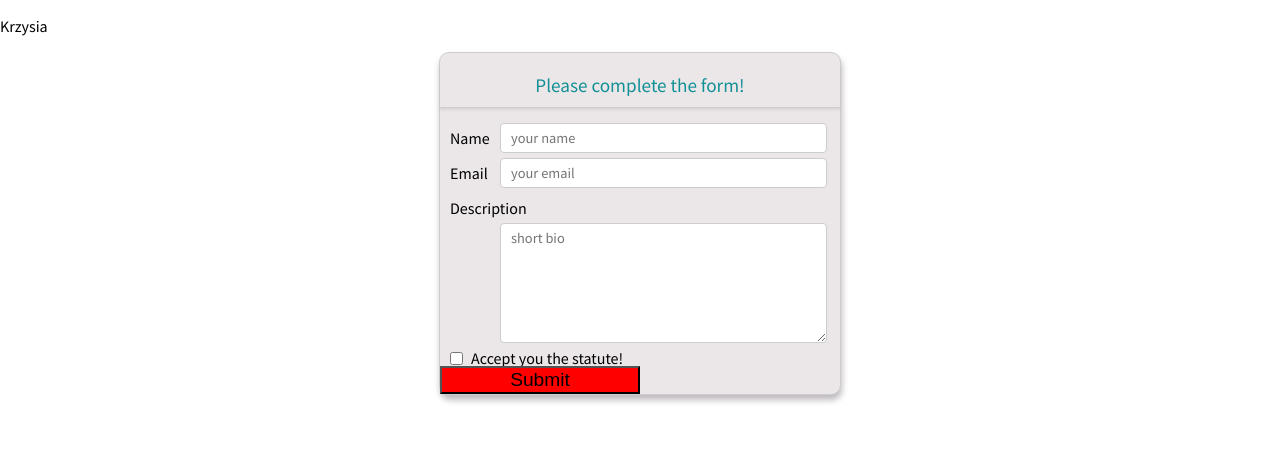
Repository: KrzysKolo/sr_tydzien4_zad2
Page: /
The author's editor kept a copy of each file at every save. The page is drawn from the files as they stood at one save, then again after the next save.
The browser window is 1280 px wide. The pictures show the whole page.
The project was rebuilt for these pictures with package versions that can differ from the ones it lists, and the page was loaded fresh each time. Also part of the build but not shown: src/components/formComponents/ErrorMessage.js, src/components/formComponents/Message.js.

Above is the page before, as saved 2020-11-27 21:41:57.

### src/index.css
@import url("https://fonts.googleapis.com/css?family=Source+Sans+Pro");
body {
  margin: 0;
  font-family: "Source Sans Pro", sans-serif;
}

code {
  font-family: source-code-pro, Menlo, Monaco, Consolas, "Courier New",
    monospace;
}

### src/App.js
import React from 'react'
import Form from './components/Form';

function App() {
  return (
    <div>
      <p>Krzysia</p>
      <Form />
    </div>
  )
}

export default App

### src/components/Form.js
import React, { Component } from 'react';
import Input from './formComponents/Input';
import TextArea from './formComponents/TextArea';
import Checkbox from './formComponents/Checkbox';
import Button from './formComponents/Button';
import Header from './formComponents/Header';
import Message from './formComponents/Message';
import styled from 'styled-components';

const ContainerForm = styled.form`
width: 80%;
max-width: 400px;
background: rgb(235, 231, 232);
border: 1px solid rgb(206, 204, 204);
border-radius: 10px;
box-shadow: 1px 5px 6px rgb(189, 185, 189);
margin: 0 auto;
`;

class Form extends Component {

state = {
    Name: '',
    Email: '',
    Description: '',
    accept: false,
    message: '',
    errors: {
        Name: false,
        Email: false,
        Description: false,
        accept: false,
        }
}
message = {
    Name_incorrect: "Nazwa musi być dłuższa niż 5 znaków i nie może zawierać spacji",
    Email_incorrect: "Brak @ lub adres zawiera spacje",
    Description_incorrect: "Opis musi zawierać co najmniej 3 znaki",
    accept_incorrect: "Nie potwierdziłeś regulaminu",
}

handleChange = e =>{
    const inputName = e.target.name;
    const type = e.target.type
    if(type === "text" || type === "email" ) {
        const value = e.target.value;
        this.setState({
            [inputName] : value,
        })
    } else if (type === "checkbox") {
      const checked = e.target.checked;
      console.log(checked);
      this.setState({
        [inputName]: checked,
      })
    }
}
onSubmit = e => {
    e.preventDefault();
    const validation = this.formValidation();
    if(validation.correct) {
      this.setState({
        Name: "",
        Email: "",
        Description: '',
        accept: false,
        message: "The form has been submitted!",
        errors: {
          Name: false,
          Email: false,
          Description: false,
          accept: false,
        }
      })
    } else {
      this.setState({
        errors: {
          Name: !validation.Name,
          Email: !validation.Email,
          Description: !validation.Description,
          accept: !validation.accept,
        }
      })
    }
}

formValidation = () => {
    let Name = false;
    let Email = false;
    let Description = false;
    let accept = false;
    let correct = false;
    if(this.state.Name.length > 5) {
      Name = true;
    }
    if(this.state.Email.indexOf('@') !== -1 && this.state.Email.lastIndexOf(' ') === -1) {
      Email = true;
    }
    if(this.state.Description.length >= 3) {
      Description = true;
    }
    if(this.state.accept) {
      accept = true;
    }
    if (Name && Email && Description && accept){
        correct = true;
      }
   return ({
      Name,
      Email,
      Description,
      accept,
      correct,

    })

  }

    render () {

    return (
        <ContainerForm onSubmit={this.onSubmit} noValidate>
          <Header />
          <Input type="text" placeholder="your name" value={this.state.Name} name="Name" onChange={this.handleChange} errorInfo={this.state.errors.Name} message={this.message.Name_incorrect} />
          <Input type="email" placeholder="your email" value={this.state.Email} name="Email" onChange={this.handleChange} errorInfo={this.state.errors.Email} message={this.message.Email_incorrect} />
          <TextArea  type="text" rows="6" placeholder="short bio" value={this.state.Description} name="Description" onChange={this.handleChange} errorInfo={this.state.errors.Description} message={this.message.Description_incorrect} />
          <Checkbox  type="checkbox" name="accept" checked={this.state.accept}  onChange={this.handleChange} errorInfo={this.state.errors.accept} message={this.message.accept_incorrect} />
          <Button type="submit" />
          {this.state.message && <Message message={this.state.message} /> }
        </ContainerForm>
    )
    }
}

export default Form

### src/components/formComponents/Input.js
import React from 'react'
import styled from 'styled-components';
import ErrorMessage from './ErrorMessage';
const InputDiv = styled.div`
    display: flex;
    flex-direction: row;
    align-content: center;
    margin: 0 auto;
    padding-top: 5px;

`;
const InputLabel = styled.label`
    width: 10%;
    font-size: 1rem;
    padding: 5px 10px;
`;
const inputStyles = errorInfo => `
    width: 80%;
    max-width: 305px;
    padding: 5px 10px;
    border: 1px solid ${errorInfo ? '#d3170d' : '#ccc'};
    border-radius: 4px;
    font-family: inherit;
    font-size: 0.9rem;

`;
const InputError = styled.input`
    ${props => inputStyles(props.errorInfo)}
`;

const TextArea = (props) => {
    const { name, message, errorInfo }= props;
    return (
        <>
            <InputDiv>
                <InputLabel htmlFor={name} >{name} </InputLabel>
                <InputError id={name} {...props} errorInfo={errorInfo} message={message}/>
            </InputDiv>
            {errorInfo && <ErrorMessage message={message} /> }
        </>
    )

}

export default TextArea;

### src/components/formComponents/TextArea.js
import React from 'react'
import styled from 'styled-components';
import ErrorMessage from './ErrorMessage';

const TextAreaDiv = styled.div`
    display: flex;
    flex-direction: column;
    align-content: center;
    margin: 0 auto;
    padding-top: 5px;

`;
const TextAreaLabel = styled.label`
    width: 10%;
    font-size: 1rem;
    padding: 5px 10px;
`;
const textAreaStyles = errorInfo => `
    width: 80%;
    max-width: 305px;
    margin: 0 auto 0 15%;
    padding: 5px 10px;
    border: 1px solid ${errorInfo ? '#d3170d' : '#ccc'};
    border-radius: 4px;
    font-family: inherit;
    font-size: 0.9rem;

`;
const TextAreaError = styled.textarea`
    ${props => textAreaStyles(props.errorInfo)}
`;

const Input = (props) => {
    const { name, message, errorInfo }= props;
    return (
        <>
            <TextAreaDiv>
                <TextAreaLabel htmlFor={name}>{name} </TextAreaLabel>
                <TextAreaError id={name} {...props} errorInfo={errorInfo} message={message}/>
            </TextAreaDiv>
            {errorInfo && <ErrorMessage message={message} /> }
        </>
    )

}

export default Input;

### src/components/formComponents/Checkbox.js
import React from 'react'
import styled from 'styled-components';
import ErrorMessage from './ErrorMessage';

const CheckboxDiv = styled.div`
    display: flex;
    flex-direction: row;
    align-items: center;
    margin-bottom: -7px;

`;
const CheckboxLabel = styled.label`
    font-size: 1rem;
    padding: 5px;
`;

const CheckboxError = styled.input`
    margin-left: 10px;
`;

const Checkbox = (props) => {
    const { name, message, errorInfo }= props;
    return (
        <>
            <CheckboxDiv>
                <CheckboxError id={name} {...props} errorInfo={errorInfo} message={message}/>
                <CheckboxLabel htmlFor={name}> Accept you the statute! </CheckboxLabel>
            </CheckboxDiv>
            {errorInfo && <ErrorMessage message={message} /> }
        </>
    )

}

export default Checkbox;

### src/components/formComponents/Button.js
import React from 'react'
import styled from 'styled-components';

const BtnSubmit = styled.button`
 width: 200px;
 background: red;
 font-size: 1.2rem;
`;

const Button = () => {
    return (
        <BtnSubmit>Submit</BtnSubmit>
    )
}

export default Button;

### src/components/formComponents/Header.js
import React from 'react';
import styled from 'styled-components';

const HeaderTitle = styled.header`
    border-bottom: 1px solid rgb(206, 204, 204);
    box-shadow: 0 2px 2px rgba(189, 185, 189, 0.4);
    color: rgb(19, 144, 150);
    font-size: 1.2rem;
    font-wight: 900;
    padding: 10px;
    margin: 10px auto;
    text-align: center;

`;

const Header = () => {
    return (
        <HeaderTitle>
            Please complete the form!
        </HeaderTitle>
    )
}

export default Header;

Loaded but not shown: public/index.html (common file); src/index.js (common file)

After the next save:
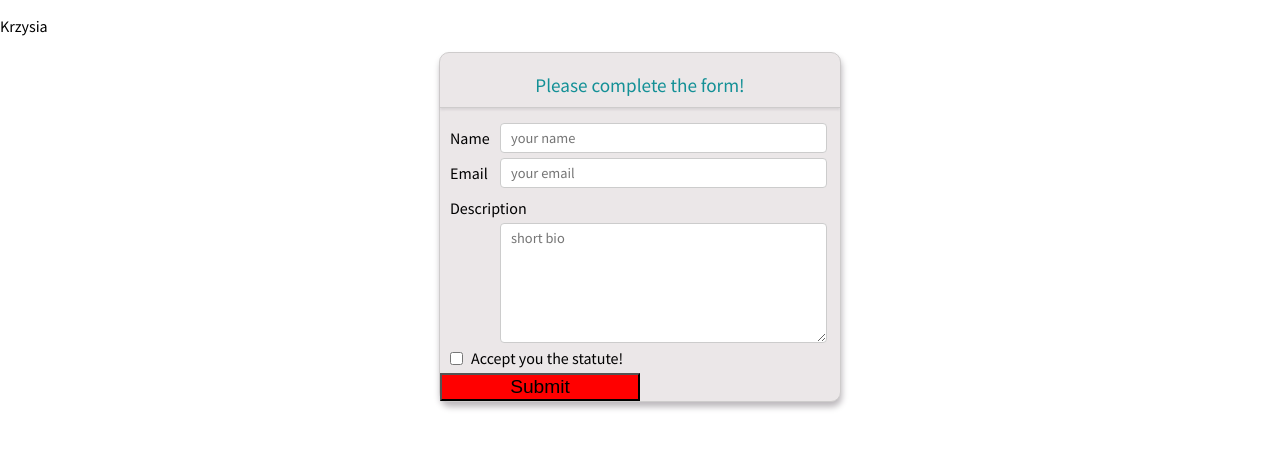
Saved 60 s later.
--- a/src/components/formComponents/Checkbox.js
+++ b/src/components/formComponents/Checkbox.js
@@ -6,7 +6,7 @@
     display: flex;
     flex-direction: row;
     align-items: center;
-    margin-bottom: -7px;
+    justify-content: flex-start;
 
 `;
 const CheckboxLabel = styled.label`

After the save that followed:
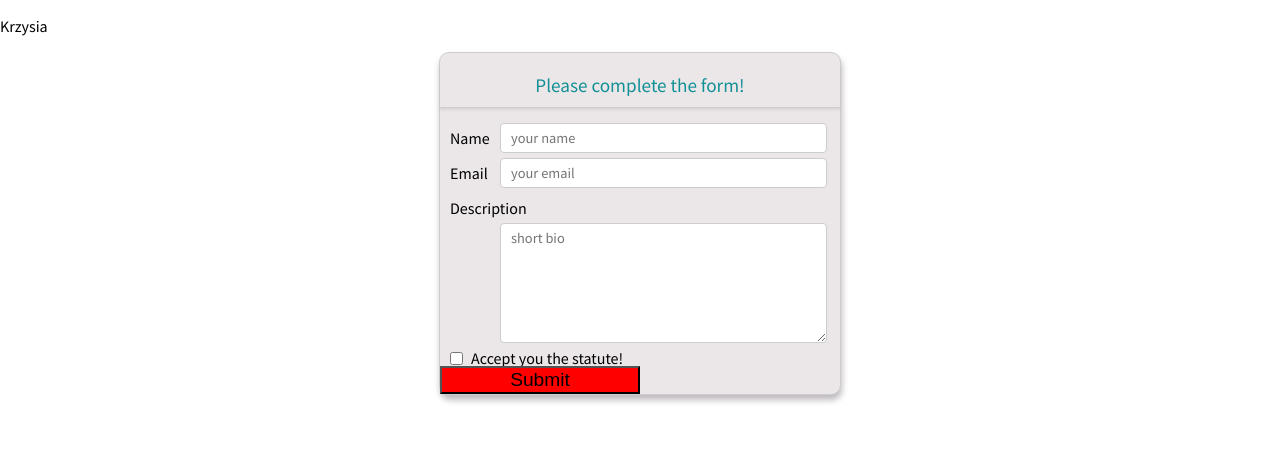
Saved 65 s later.
--- a/src/components/formComponents/Checkbox.js
+++ b/src/components/formComponents/Checkbox.js
@@ -6,7 +6,7 @@
     display: flex;
     flex-direction: row;
     align-items: center;
-    justify-content: flex-start;
+    margin-bottom: -7px;
 
 `;
 const CheckboxLabel = styled.label`
